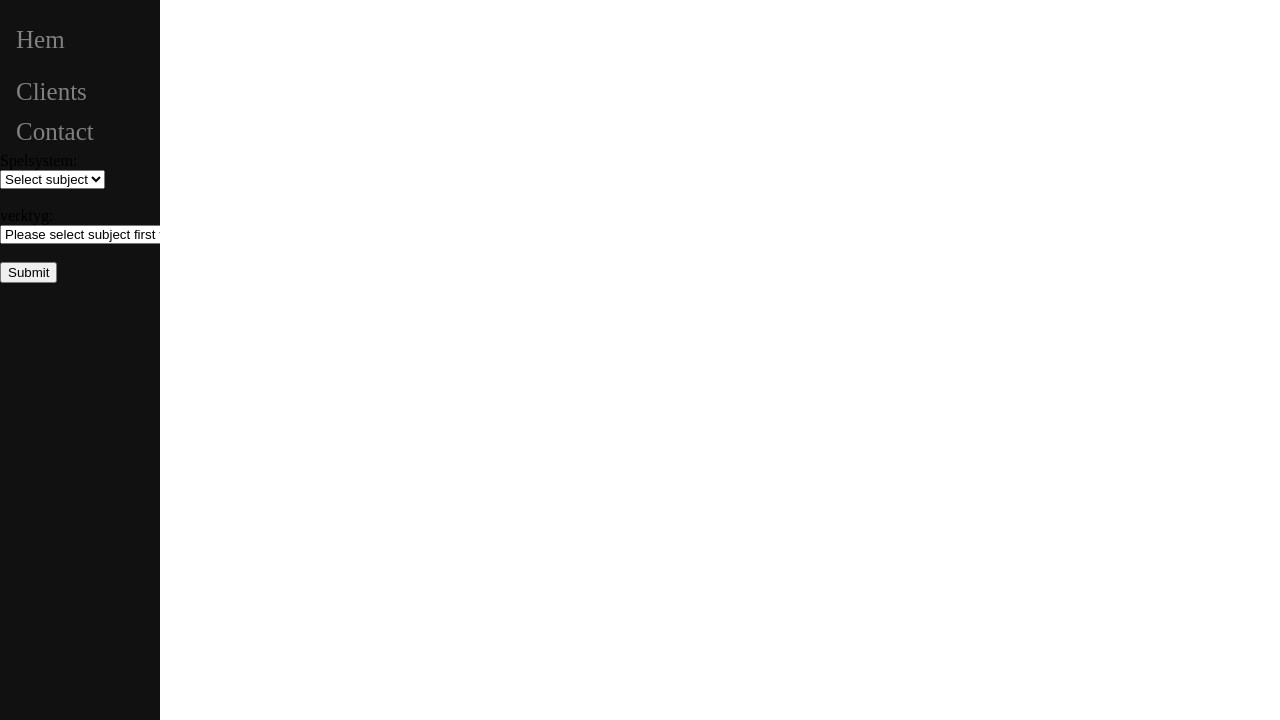
Repository: Lindmark/RPGHelper
Page: index.html
An editor plug-in stored every save of this project. The page is shown before and after the next save, followed by the edit.
The browser window is 1280 px wide. The pictures show the whole page.

Above is the page before, as saved 2023-05-14 18:18:24.

After the next save:
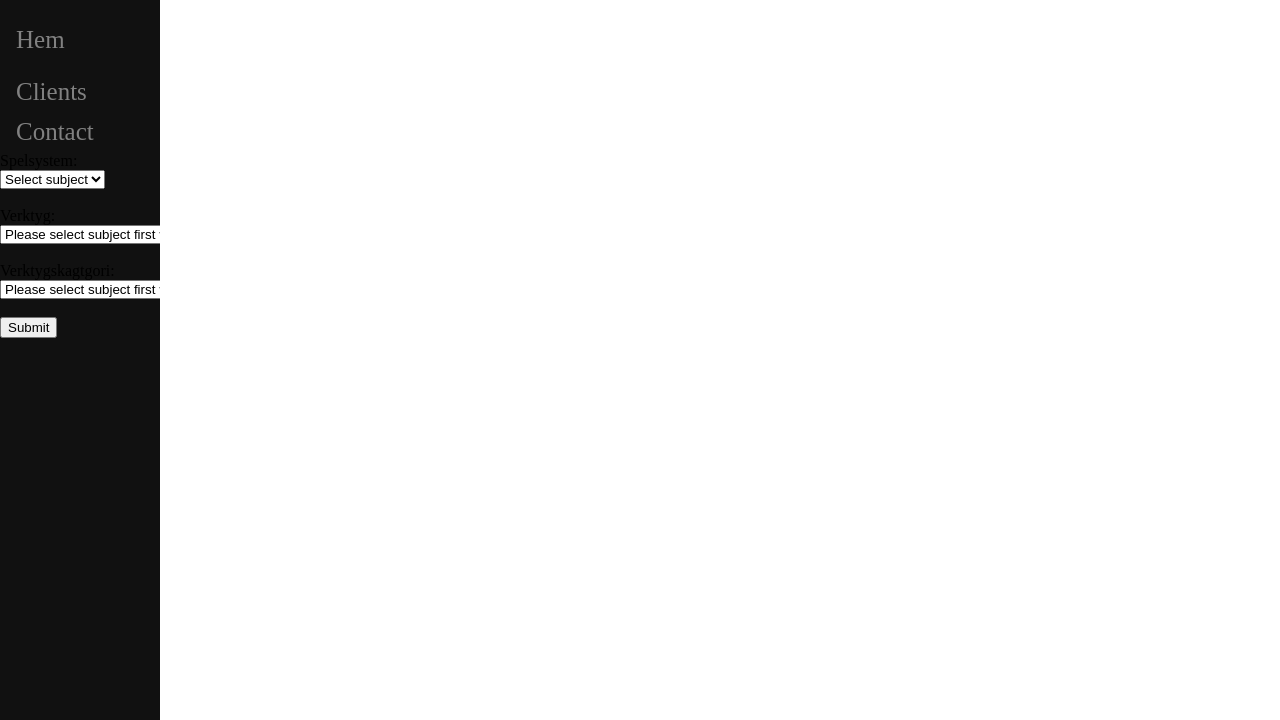
Saved 6 min 40 s later.
--- a/index.html
+++ b/index.html
@@ -65,7 +65,11 @@
                     <option value="" selected="selected">Select subject</option>
                   </select>
                   <br><br>
-                verktyg: <select name="topic" id="topic">
+                Verktyg: <select name="topic" id="topic">
+                    <option value="" selected="selected">Please select subject first</option>
+                  </select>
+                  <br><br>
+                  Verktygskagtgori: <select name="topic" id="topic">
                     <option value="" selected="selected">Please select subject first</option>
                   </select>
                   <br><br>
